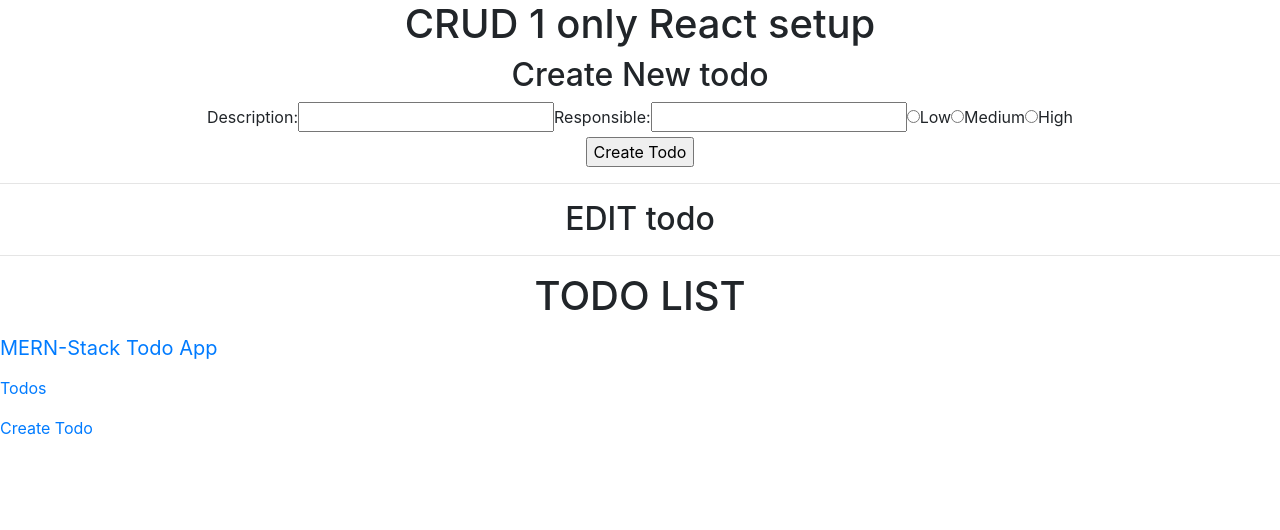
Repository: tweneboah/mern-complete-guide
Page: / (app in v5-mern-crud/client/)
An editor plug-in stored every save of this project. The page is shown before and after a run of saves, followed by the edit.
The browser window is 1280 px wide. The pictures show the whole page.
The page's requests for data from a server got no answer. The project was rebuilt for these pictures with package versions that can differ from the ones it lists, and the page was loaded fresh each time. No one was signed in, and anything a server would have sent is missing.

Above is the page before, as saved 2019-09-12 22:01:58.

### v5-mern-crud/client/public/index.html
<!DOCTYPE html>
<html lang="en">
  <head>
    <meta charset="utf-8" />
    <link rel="shortcut icon" href="%PUBLIC_URL%/favicon.ico" />
    <meta name="viewport" content="width=device-width, initial-scale=1" />
    <meta name="theme-color" content="#000000" />
    <meta
      name="description"
      content="Web site created using create-react-app"
    />
    <link rel="apple-touch-icon" href="logo192.png" />
    <!--
      manifest.json provides metadata used when your web app is installed on a
      user's mobile device or desktop. See https://developers.google.com/web/fundamentals/web-app-manifest/
    -->
    <link rel="manifest" href="%PUBLIC_URL%/manifest.json" />
    <!--
      Notice the use of %PUBLIC_URL% in the tags above.
      It will be replaced with the URL of the `public` folder during the build.
      Only files inside the `public` folder can be referenced from the HTML.

      Unlike "/favicon.ico" or "favicon.ico", "%PUBLIC_URL%/favicon.ico" will
      work correctly both with client-side routing and a non-root public URL.
      Learn how to configure a non-root public URL by running `npm run build`.
    -->

    <!-- Bootstrap CSS -->
    <link rel="stylesheet" href="https://stackpath.bootstrapcdn.com/bootstrap/4.3.1/css/bootstrap.min.css" integrity="sha384-ggOyR0iXCbMQv3Xipma34MD+dH/1fQ784/j6cY/iJTQUOhcWr7x9JvoRxT2MZw1T" crossorigin="anonymous">

    <title>MERN CRUD</title>
  </head>
  <body>
    <noscript>You need to enable JavaScript to run this app.</noscript>
    <div id="root"></div>
    <!--
      This HTML file is a template.
      If you open it directly in the browser, you will see an empty page.

      You can add webfonts, meta tags, or analytics to this file.
      The build step will place the bundled scripts into the <body> tag.

      To begin the development, run `npm start` or `yarn start`.
      To create a production bundle, use `npm run build` or `yarn build`.
    -->


    <!-- Optional JavaScript -->
    <!-- jQuery first, then Popper.js, then Bootstrap JS -->
    <script src="https://code.jquery.com/jquery-3.3.1.slim.min.js" integrity="sha384-q8i/X+965DzO0rT7abK41JStQIAqVgRVzpbzo5smXKp4YfRvH+8abtTE1Pi6jizo" crossorigin="anonymous"></script>
    <script src="https://cdnjs.cloudflare.com/ajax/libs/popper.js/1.14.7/umd/popper.min.js" integrity="sha384-UO2eT0CpHqdSJQ6hJty5KVphtPhzWj9WO1clHTMGa3JDZwrnQq4sF86dIHNDz0W1" crossorigin="anonymous"></script>
    <script src="https://stackpath.bootstrapcdn.com/bootstrap/4.3.1/js/bootstrap.min.js" integrity="sha384-JjSmVgyd0p3pXB1rRibZUAYoIIy6OrQ6VrjIEaFf/nJGzIxFDsf4x0xIM+B07jRM" crossorigin="anonymous"></script>
  </body>
  </body>
</html>

### v5-mern-crud/client/src/App.js
import React from 'react';
import CreateTodo  from './components/create-todo';
import EditTodo from './components/Edit-Todo';
import {BrowserRouter as Router, Route, Link} from 'react-router-dom';
import TodoList from './components/Todo-List'
import './App.css';

function App() {
  return (
    <Router>
        <div className="App">
       <h1>CRUD 1 only React setup</h1>
       <CreateTodo/>
       <hr></hr>
       <EditTodo/>

       <hr/>
       <h1>TODO LIST</h1>
       <TodoList/>
    </div>


    <nav >

            <Link to="/" className="navbar-brand">MERN-Stack Todo App</Link>
            <div className="collpase nav-collapse">
              <ul className="navbar-nav mr-auto">
                <li className="navbar-item">
                  <Link to="/" className="nav-link">Todos</Link>
                </li>
                <li className="navbar-item">
                  <Link to="/create" className="nav-link">Create Todo</Link>
                </li>
              </ul>
            </div>
          </nav>
    </Router>

  );
}

export default App;

### v5-mern-crud/client/src/components/create-todo.js
import React, { Component } from 'react';
import axios from 'axios';
class CreateTodo extends Component {


 state = {
     todo_description: '',
     todo_responsible: '',
     todo_priority: '',
     todo_completed: false
 }

 //OnchangeFunctions
 onchangeDescription = (e) => {
     this.setState({todo_description: e.target.value})
 }

 onchangeResponsible = (e) => {
  this.setState({todo_responsible: e.target.value});
 }

onchangePriority = (e) => {
 this.setState({todo_priority: e.target.value})
}

//Handle Submit
hanldeFormSubmit = (e) => {
 e.preventDefault();

 axios.post('http://localhost:5000/add', this.state)
 .then((res) => {
  console.log(res.data)
  //Reseting formvalues
  this.setState({
    todo_description: '',
    todo_completed: '',
    todo_priority: '',
    todo_responsible: ''
  })
 })

}
 render() {
  return (
     <div>
         <h2>Create New todo</h2>
         <form onSubmit = {this.hanldeFormSubmit}>
            <label>Description:</label>
            <input
            type='text'
            onChange = {this.onchangeDescription}
            value = {this.state.todo_description}
            />

            <label>Responsible:</label>
            <input
            type='text'
            onChange = {this.onchangeResponsible}
            value = {this.state.todo_responsible}
            />

          <input
               type="radio"
               name="priorityOptions"
               id="priorityLow"
               value="Low"
               checked={this.state.todo_priority==='Low'}
               onChange={this.onchangePriority}
               />

              <label>Low</label>

            <input
              type="radio"
              name="priorityOptions"
              id="priorityMedium"
              value="Medium"
              checked={this.state.todo_priority==='Medium'}
              onChange={this.onchangePriority}
              />

              <label>Medium</label>
            <input
              type="radio"
              name="priorityOptions"
              id="priorityHigh"
              value="High"
              checked={this.state.todo_priority==='High'}
              onChange={this.onchangePriority}
              />

           <label >High</label>

                    <div className="form-group">
                        <input type="submit" value="Create Todo"  />
                    </div>
         </form>
     </div>
  );
 }
}

export default CreateTodo;

### v5-mern-crud/client/src/components/Edit-Todo.js
import React, {Component} from 'react';

export default class EditTodo extends Component {
    render() {
        return (
            <div>
                <h2 on>EDIT todo</h2>
                <form>

                </form>
            </div>
        )
    }
}

### v5-mern-crud/client/src/components/Todo-List.js
import React, {Component} from 'react';
import axios from 'axios'
import { Link } from 'react-router-dom';



class TodosList extends Component {

    constructor(props) {
        super(props);
        this.state = {
            todos: []
        };
    }

    componentDidMount() {
        axios.get('http://localhost:5000/todos')
        .then((res) => {
            this.setState({todos: res.data})
        })
    }



    render() {
       console.log(this.state)

       let todosData = this.state.todos
     return (
         <div>
             {todosData?
              (
                  <div>
                     {todosData.map((todo) => {
                          return (
                              <div key={todo._id}>
                                  <h2>{todo.todo_description}</h2>
                                  <p>{todo.todo_responsible}</p>
                                  <p>{todo.todo_priority}</p>
                                  <p>{todo.todo_completed}</p>
                              </div>
                          )
                     })}
                  </div>
              ) :

              (
                <div>
                    <h1>Loading...</h1>
                </div>
              )
            }

         </div>
     )
    }
}

export default TodosList;

Loaded but not shown: v5-mern-crud/client/src/index.js (common file); v5-mern-crud/client/src/index.css (common file); v5-mern-crud/client/src/serviceWorker.js (common file); v5-mern-crud/client/src/App.css (common file)

After the next 3 saves:
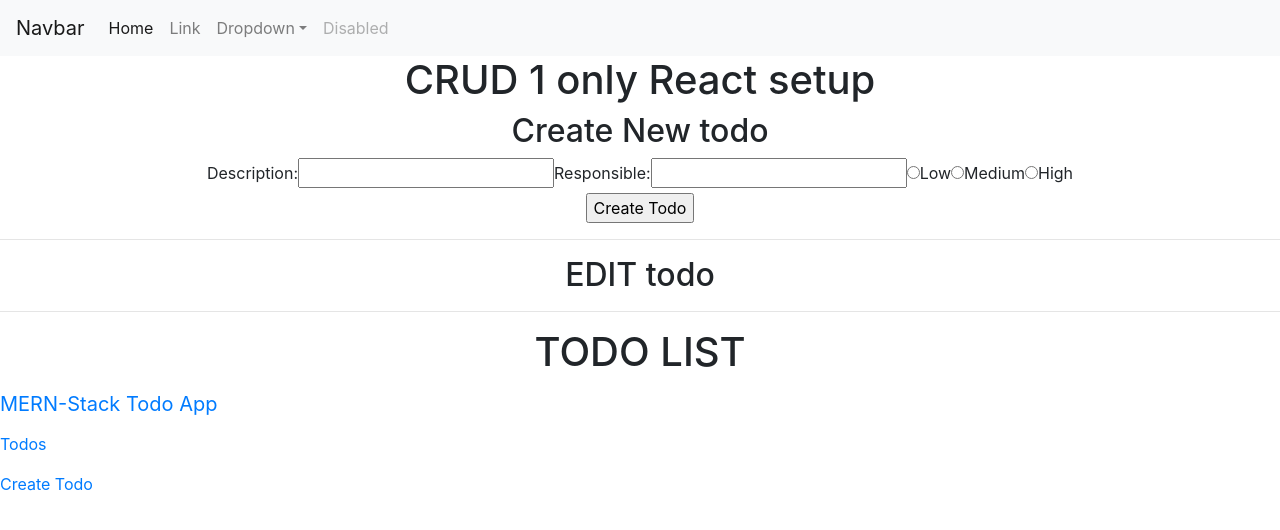
The 3 saves are shown as one change because 1 did not build or start and some came seconds apart.
The last was saved 94 s later.
--- a/v5-mern-crud/client/src/App.js
+++ b/v5-mern-crud/client/src/App.js
@@ -8,6 +8,42 @@ import './App.css';
 function App() {
   return (
     <Router>
+<nav class="navbar navbar-expand-lg navbar-light bg-light">
+  <a class="navbar-brand" href="#">Navbar</a>
+  <button class="navbar-toggler" type="button" data-toggle="collapse" data-target="#navbarSupportedContent" aria-controls="navbarSupportedContent" aria-expanded="false" aria-label="Toggle navigation">
+    <span class="navbar-toggler-icon"></span>
+  </button>
+
+  <div class="collapse navbar-collapse" id="navbarSupportedContent">
+    <ul class="navbar-nav mr-auto">
+      <li class="nav-item active">
+        <a class="nav-link" href="#">Home <span class="sr-only">(current)</span></a>
+      </li>
+      <li class="nav-item">
+        <a class="nav-link" href="#">Link</a>
+      </li>
+      <li class="nav-item dropdown">
+        <a class="nav-link dropdown-toggle" href="#" id="navbarDropdown" role="button" data-toggle="dropdown" aria-haspopup="true" aria-expanded="false">
+          Dropdown
+        </a>
+        <div class="dropdown-menu" aria-labelledby="navbarDropdown">
+          <a class="dropdown-item" href="#">Action</a>
+          <a class="dropdown-item" href="#">Another action</a>
+          <div class="dropdown-divider"></div>
+          <a class="dropdown-item" href="#">Something else here</a>
+        </div>
+      </li>
+      <li class="nav-item">
+        <a class="nav-link disabled" href="#" tabindex="-1" aria-disabled="true">Disabled</a>
+      </li>
+    </ul>
+
+  </div>
+</nav>
+
+
+
+
         <div className="App">
        <h1>CRUD 1 only React setup</h1>
        <CreateTodo/>
